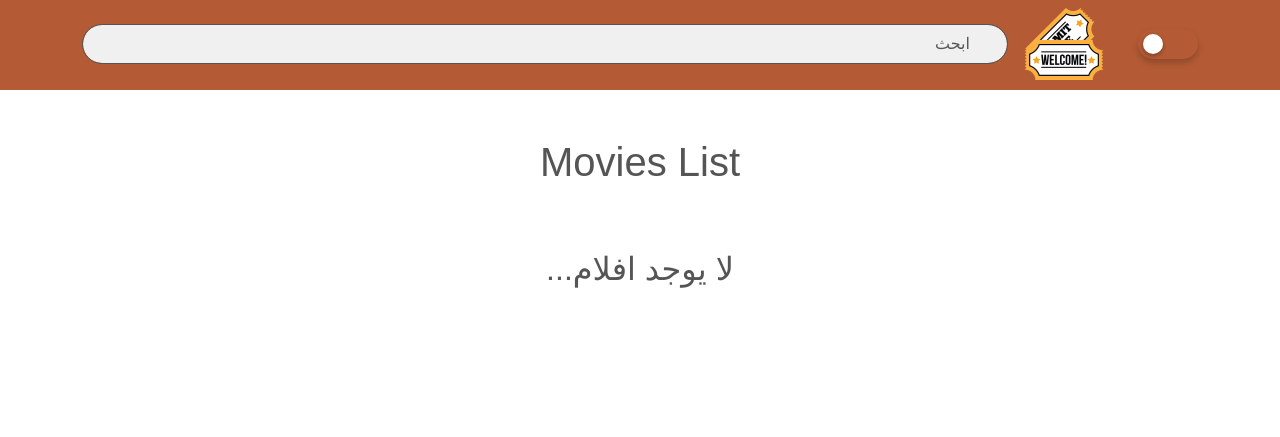
Repository: kerlos-alfy/Movie-List
Page: /
These files come from the project's save history. The page is drawn as it stood at one moment and after the next save; the edit follows.
The browser window is 1280 px wide. The pictures show the whole page.
The page's requests for data from a server got no answer. The project was rebuilt for these pictures with package versions that can differ from the ones it lists, and the page was loaded fresh each time. No one was signed in, and anything a server would have sent is missing. Also part of the build but not shown: vite.config.js, src/App.css, src/components/CardMovie.jsx.

Above is the page before, as saved 2025-01-16 02:45:00.

After the next save:
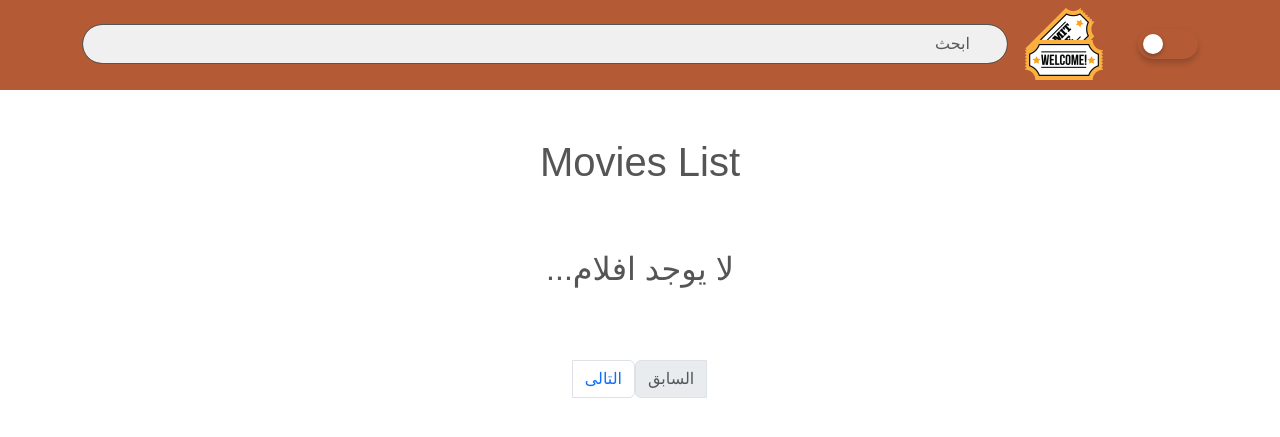
Saved 23 s later.
--- a/src/App.jsx
+++ b/src/App.jsx
@@ -2,6 +2,7 @@
 import { Container } from "react-bootstrap";
 import NavBar from "./components/NavBar";
 import MoviesList from "./components/MoviesList";
+import PaginationComponent from "./components/Pagination";
 import axios from "axios";
 import { useState, useEffect } from "react";
 function App() {
@@ -22,6 +23,7 @@
 			<Container>
 				<h1 className="text-center mt-5">Movies List</h1>
 				<MoviesList movies={movies} />
+				<PaginationComponent />
 			</Container>
 		</div>
 	);

After the save that followed:
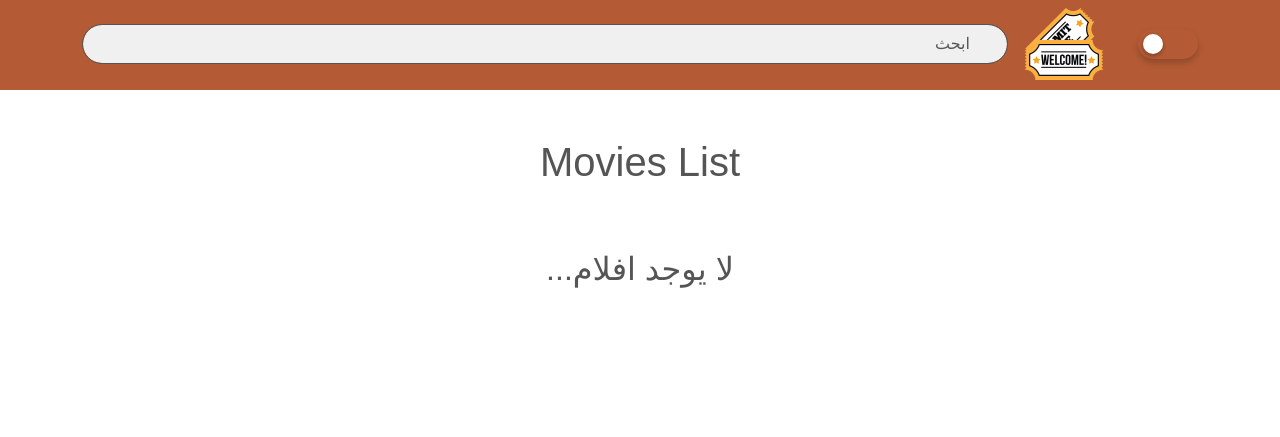
Saved 34 s later.
--- a/src/App.jsx
+++ b/src/App.jsx
@@ -23,7 +23,7 @@
 			<Container>
 				<h1 className="text-center mt-5">Movies List</h1>
 				<MoviesList movies={movies} />
-				<PaginationComponent />
+				{/* <PaginationComponent /> */}
 			</Container>
 		</div>
 	);
